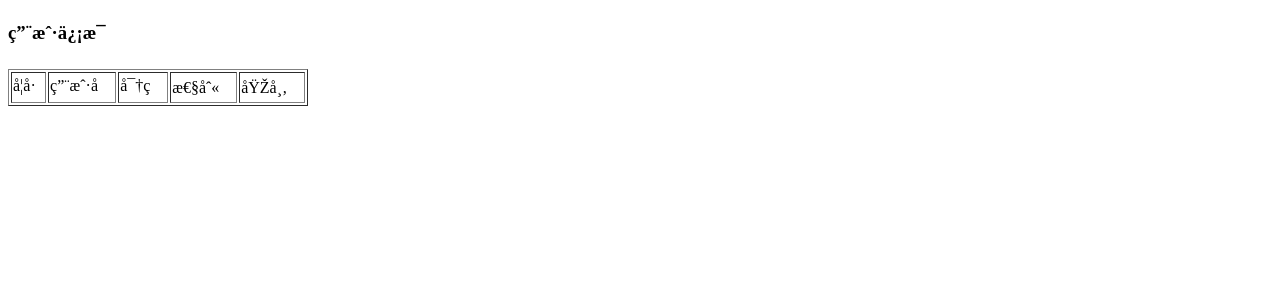
Repository: Lambert520/page1
Page: http://localhost/SpringMvc_Test/
These files come from the project's save history. The page is drawn as it stood at one moment and after the next save; the edit follows.
The browser window is 1280 px wide. The pictures show the whole page.
The page is served by Tomcat 9.

Above is the page before, as saved 2018-10-15 14:57:01.

After the next save:
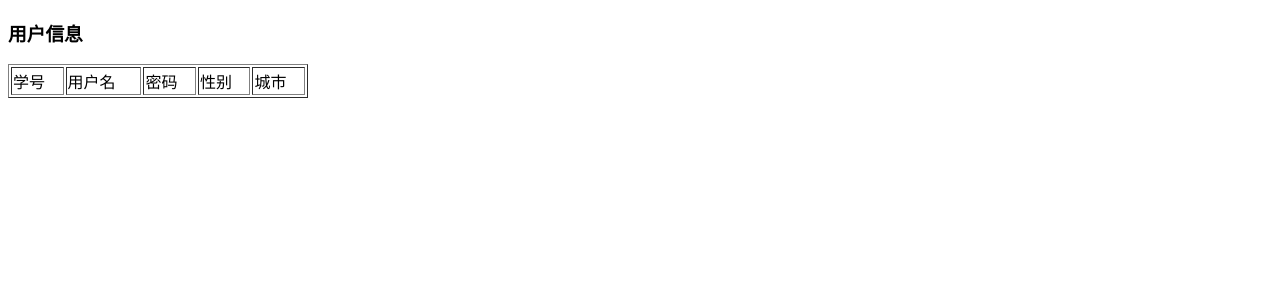
Saved 85 s later.
--- a/page1/SpringMvc_Test/WebContent/index.jsp
+++ b/page1/SpringMvc_Test/WebContent/index.jsp
@@ -1,10 +1,10 @@
-<%@ page language="java" contentType="text/html; charset=ISO-8859-1"
-    pageEncoding="ISO-8859-1"%>
+<%@ page language="java" contentType="text/html; charset=UTF-8"
+    pageEncoding="UTF-8"%>
 <%@ taglib uri="http://java.sun.com/jsp/jstl/core" prefix="c" %>
 <!DOCTYPE html PUBLIC "-//W3C//DTD HTML 4.01 Transitional//EN" "http://www.w3.org/TR/html4/loose.dtd">
 <html>
 <head>
-	<meta http-equiv="Content-Type" content="text/html; charset=ISO-8859-1">
+	<meta http-equiv="Content-Type" content="text/html; charset=UTF-8">
 	<title>用户列表</title>
 </head>
 <body>
